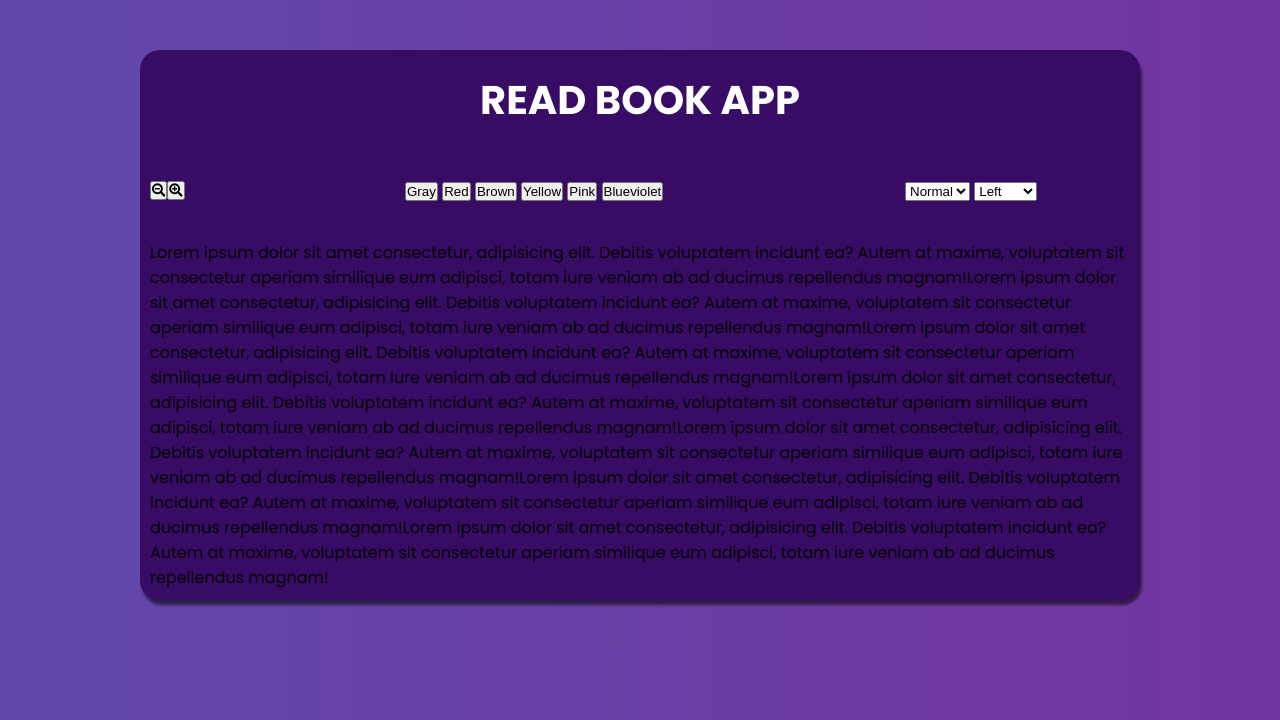
Repository: dinhconglam2306/frontend_tu_xa
Page: b09/02-reading-info/index.html
The author's editor kept a copy of each file at every save. The page is drawn from the files as they stood at one save, then again after the next save.
The browser window is 1280 px wide. The pictures show the whole page.
Some web libraries are served in a nearby version. The style sheet was rebuilt from its Sass, Less or Tailwind sources for each picture, by a compiler version that may differ from the author's.

Above is the page before, as saved 2021-04-25 06:16:53.

After the next save:
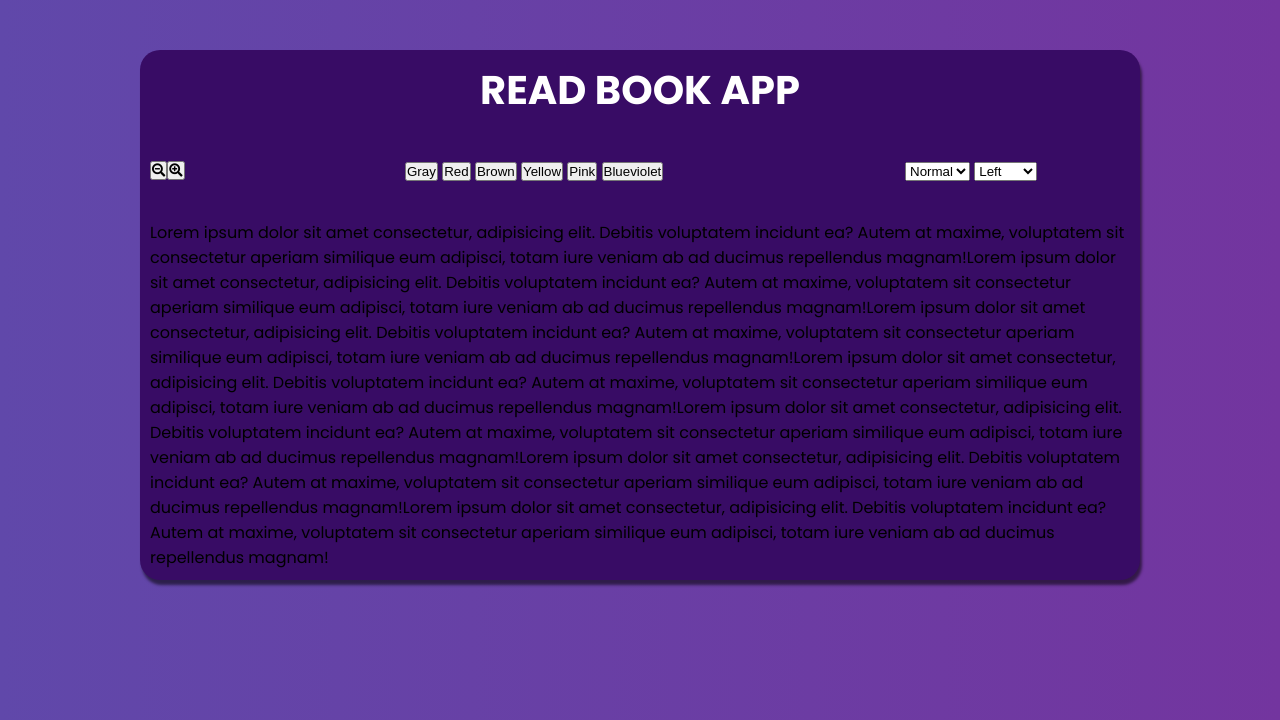
Saved 10 s later.
--- a/b09/02-reading-info/style.scss
+++ b/b09/02-reading-info/style.scss
@@ -52,7 +52,6 @@ img {
   box-shadow: 2px 5px 3px rgba(0, 0, 0, 0.548);
   &__title {
     color: white;
-    margin: 1rem;
     font-size: 4rem;
     text-transform: uppercase;
   }
